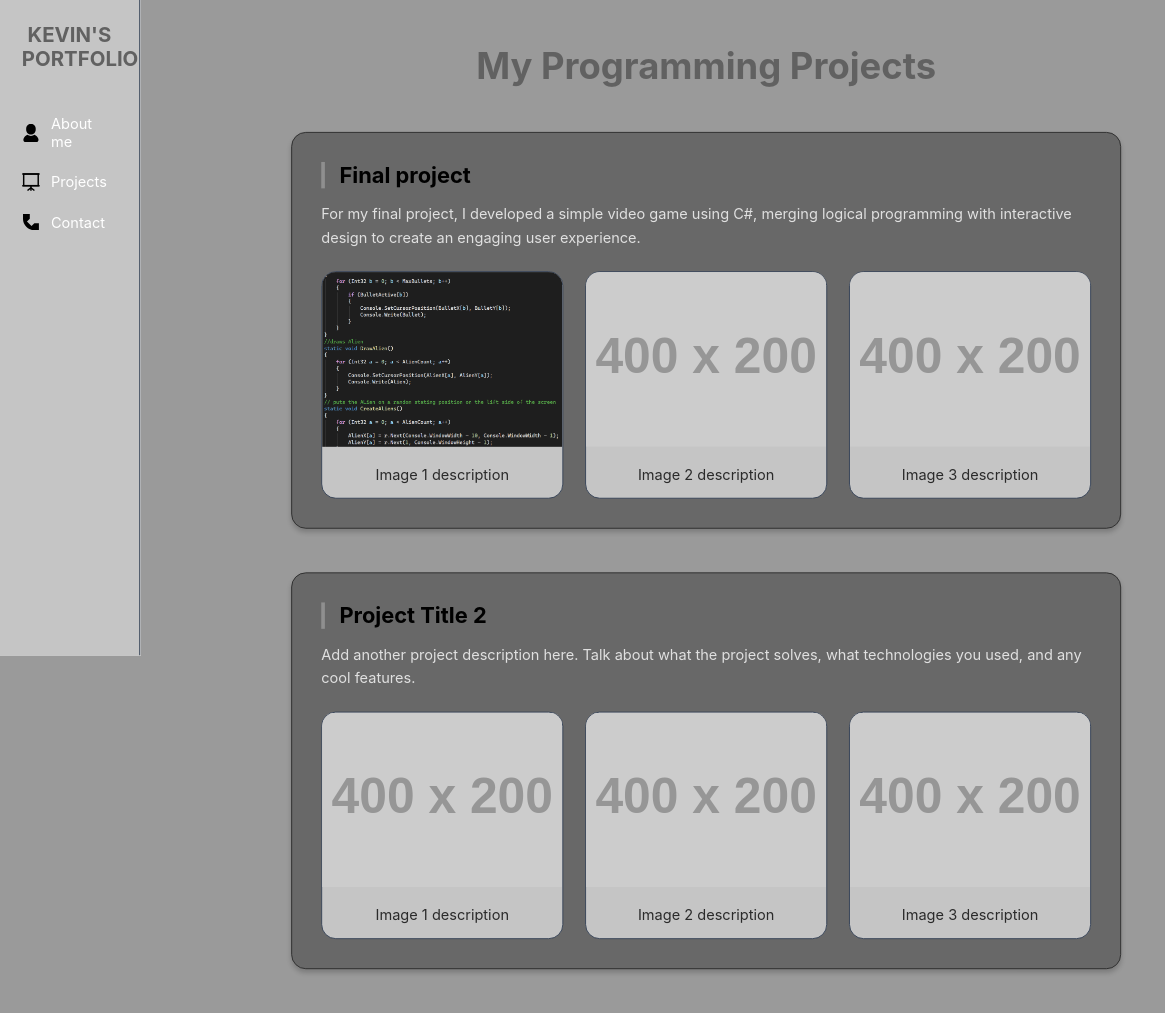
Repository: KevinSamaha/Kevin_Samaha
Page: pages/projects.html
An editor plug-in stored every save of this project. The page is shown before and after the next save, followed by the edit.
The browser window is 1280 px wide. The pictures show the whole page, at 91% of full size.

Above is the page before, as saved 2026-05-13 23:50:04.

### pages/projects.html
<!doctype html>
<html lang="en">
  <head>
    <meta charset="UTF-8" />
    <meta name="viewport" content="width=device-width, initial-scale=1.0" />
    <title>My Programming Projects</title>

    <link rel="stylesheet" href="../styles/projects.css" />
        <link rel="stylesheet" href="../styles/global.css"/>
  </head>

  <body>
    <!-- SIDEBAR -->
    <header>
      <h2 class="logo">KEVIN'S PORTFOLIO</h2>

      <nav>
        <ul class="sidebarcontainer">
          <li>
            <a class="sidebar" href="index.html">
              <img src="../Assets/images/me.svg" class="icon" />
              About me</a
            >
          </li>

          <li>
            <a class="sidebar" href="projects.html">
              <img src="../Assets/images/project.svg" class="icon" />
              Projects</a
            >
          </li>

          <li>
            <a class="sidebar" href="contact.html">
              <img src="../Assets/images/phone.svg" class="icon" />
              Contact</a
            >
          </li>
        </ul>
      </nav>
    </header>

    <!-- MAIN -->
    <main>
      <h1>My Programming Projects</h1>

      <section class="projects-container">
        <!-- PROJECT 1 -->
        <section class="project-card">
          <article>
            <h2 class="project-title">Final project</h2>

            <p class="project-description">
             For my final project, I developed a simple video game using C#,
             merging logical programming with interactive design to create
             an engaging user experience.
            </p>
          </article>

          <section class="image-gallery">
            <article class="image-card">
              <img src="../Assets/images/finalproject1.png" alt="../Assets/images/" />
              <p class="image-description">Image 1 description</p>
            </article>

            <article class="image-card">
              <img src="https://via.placeholder.com/400x200" alt="" />
              <p class="image-description">Image 2 description</p>
            </article>

            <article class="image-card">
              <img src="https://via.placeholder.com/400x200" alt="" />
              <p class="image-description">Image 3 description</p>
            </article>
          </section>
        </section>

        <!-- PROJECT 2 -->
        <section class="project-card">
          <article>
            <h2 class="project-title">Project Title 2</h2>

            <p class="project-description">
              Add another project description here. Talk about what the project
              solves, what technologies you used, and any cool features.
            </p>
          </article>

          <section class="image-gallery">
            <article class="image-card">
              <img src="https://via.placeholder.com/400x200" alt="" />
              <p class="image-description">Image 1 description</p>
            </article>

            <article class="image-card">
              <img src="https://via.placeholder.com/400x200" alt="" />
              <p class="image-description">Image 2 description</p>
            </article>

            <article class="image-card">
              <img src="https://via.placeholder.com/400x200" alt="" />
              <p class="image-description">Image 3 description</p>
            </article>
          </section>
        </section>
      </section>
    </main>
  </body>
</html>

### styles/projects.css
/* GENERAL */
* {
  margin: 0;
  padding: 0;
  box-sizing: border-box;
  font-family: "Inter", sans-serif;
}

body {
  background-color: #00000065;
  color: white;
  min-height: 100vh;
  display: flex;
}

/* =========================
   MAIN AREA
========================= */

main {
  margin-left: 17rem;
  width: 100%;
  padding: 3rem;
}

/* TITLE */
h1 {
  text-align: center;
  margin-bottom: 3rem;
  font-size: 2.5rem;
  color: #616161;
}

/* =========================
   PROJECTS
========================= */

.projects-container {
  display: flex;
  flex-direction: column;
  gap: 3rem;
}

.project-card {
  background-color: #686868;
  padding: 2rem;
  border-radius: 1rem;
  border: 0.0625rem solid #2b2b2b;
  box-shadow: 0 0.25rem 0.375rem rgba(0, 0, 0, 0.2);
}

.project-title {
  font-size: 1.5rem;
  margin-bottom: 1rem;
  color: #000;
  border-left: 0.25rem solid #8f8f8f;
  padding-left: 1rem;
}

.project-description {
  margin-bottom: 1.5rem;
  line-height: 1.6;
  color: #e0e0e0;
}

/* =========================
   IMAGE GRID
========================= */

.image-gallery {
  display: grid;
  grid-template-columns: repeat(auto-fit, minmax(15rem, 1fr));
  gap: 1.5rem;
}

.image-card {
  background-color: #c5c5c5;
  border-radius: 1rem;
  overflow: hidden;
  border: 0.0625rem solid #334155;
  transition: transform 0.3s ease;
}

.image-card:hover {
  transform: scale(1.03);
}

.image-card img {
  width: 100%;
  height: 12rem;
  object-fit: cover;
}

.image-description {
  padding: 1rem;
  text-align: center;
  color: #2b2b2b;
}

/* =========================
   MOBILE
========================= */

@media (max-width: 64rem) {
  header {
    width: 100%;
    height: auto;
    position: fixed;
    flex-direction: row;
    justify-content: space-between;
  }

  main {
    margin-left: 0;
    margin-top: 10rem;
    padding: 1.5rem;
  }
}

### styles/global.css
header {
  width: 12%;
  min-width: 1%;
  height: 100vh;
  background-color: #c5c5c5;
  border-right: 0.0625rem solid #334155;
  position: fixed;
  display: flex;
  flex-direction: column;
  gap: 2rem;
  padding: 1.5rem;
}

.logo {
  font-size: 1.4rem;
  font-weight: 700;
  color: #616161;
  text-align: center;
  margin-bottom: 1rem;
}

.sidebarcontainer {
  list-style: none;
  display: flex;
  flex-direction: column;
  gap: 1.5rem;
}

.sidebar {
  display: flex;
  align-items: center;
  gap: 0.75rem;
  font-size: 1rem;
  text-decoration: none;
  color: inherit;
}

.sidebar:hover {
  color: #000000;
  background-color: #8f8f8f;
  border-radius: 0.5rem;
  transition: 0.2s ease;
}

.icon {
  width: 1.25rem;
  height: 1.25rem;
}

After the next save:
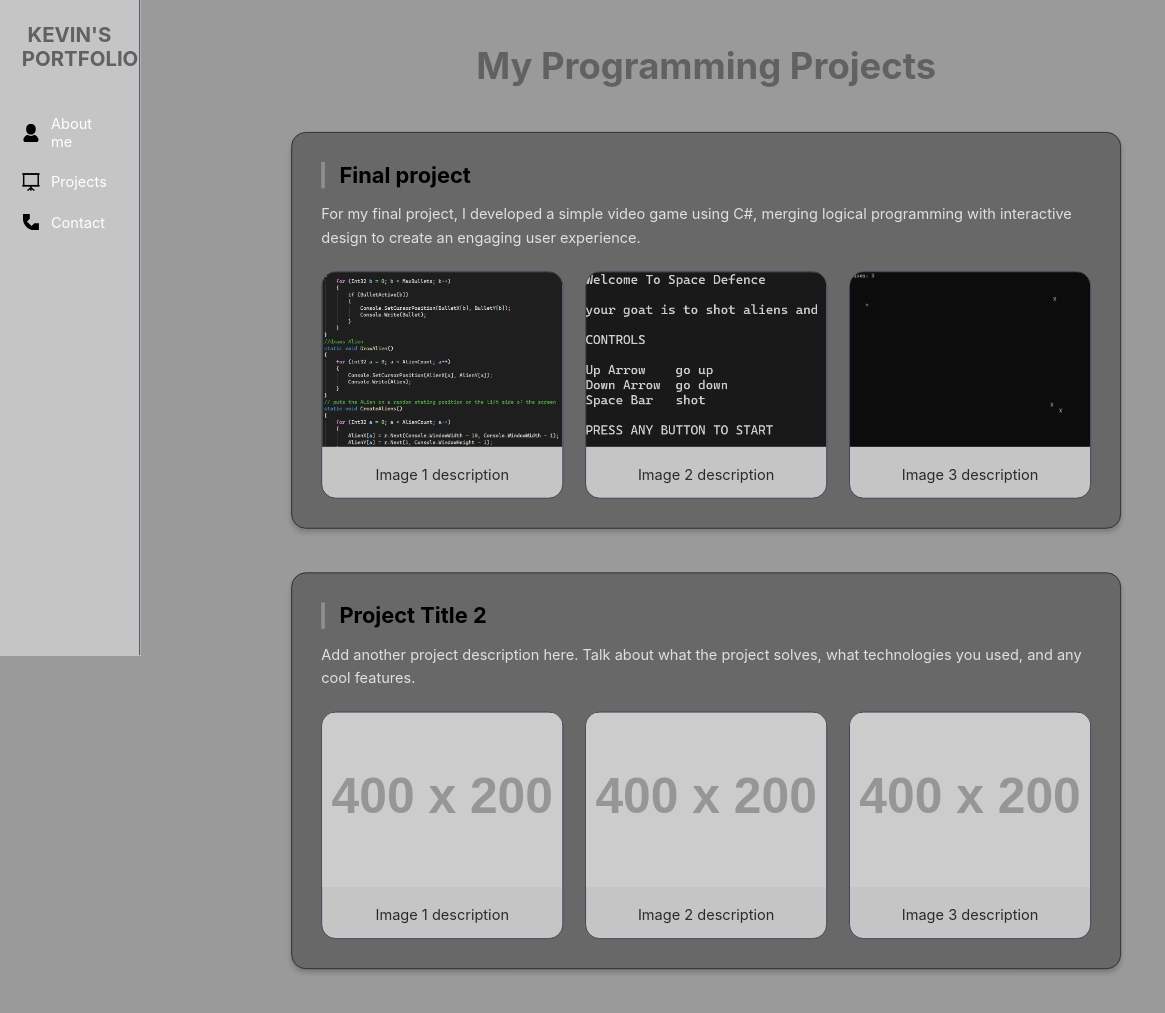
Saved 72 s later.
--- a/pages/projects.html
+++ b/pages/projects.html
@@ -64,12 +64,12 @@
             </article>
 
             <article class="image-card">
-              <img src="https://via.placeholder.com/400x200" alt="" />
+              <img src="../Assets/images/Finalproject2.png" alt="" />
               <p class="image-description">Image 2 description</p>
             </article>
 
             <article class="image-card">
-              <img src="https://via.placeholder.com/400x200" alt="" />
+              <img src="../Assets/images/Finalproject3.png" alt="" />
               <p class="image-description">Image 3 description</p>
             </article>
           </section>
